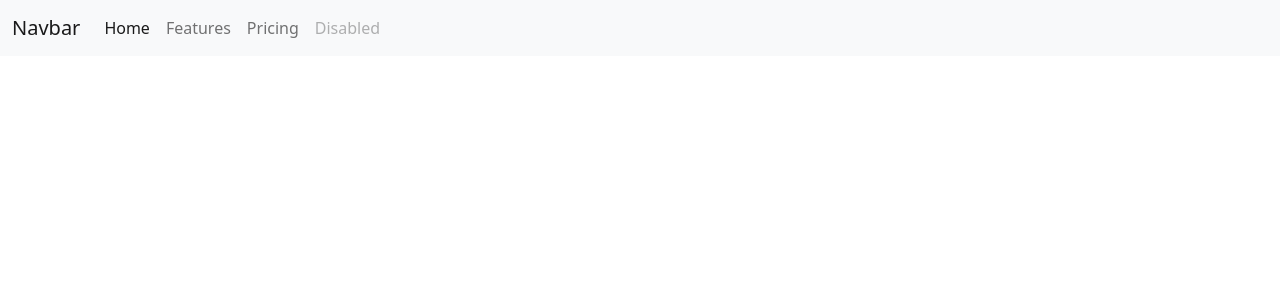
Repository: jose-269/32bits-4
Page: /
An editor plug-in stored every save of this project. The page is shown before and after the next save, followed by the edit.
The browser window is 1280 px wide. The pictures show the whole page.
The project was rebuilt for these pictures with package versions that can differ from the ones it lists, and the page was loaded fresh each time.

Above is the page before, as saved 2021-04-27 23:41:09.

After the next save:
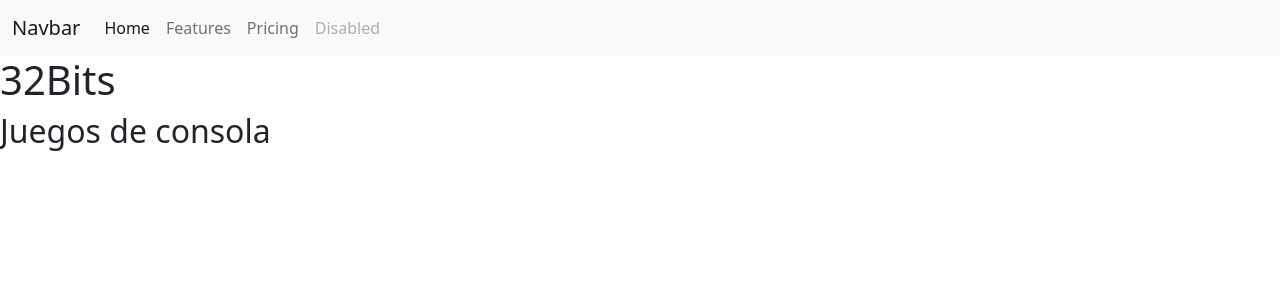
Saved 2 min 44 s later.
--- a/src/views/Home.vue
+++ b/src/views/Home.vue
@@ -1,5 +1,8 @@
 <template>
-  <div class="home"></div>
+  <div class="home">
+    <h1>32Bits</h1>
+    <h2>Juegos de consola</h2>
+  </div>
 </template>
 
 <script>
